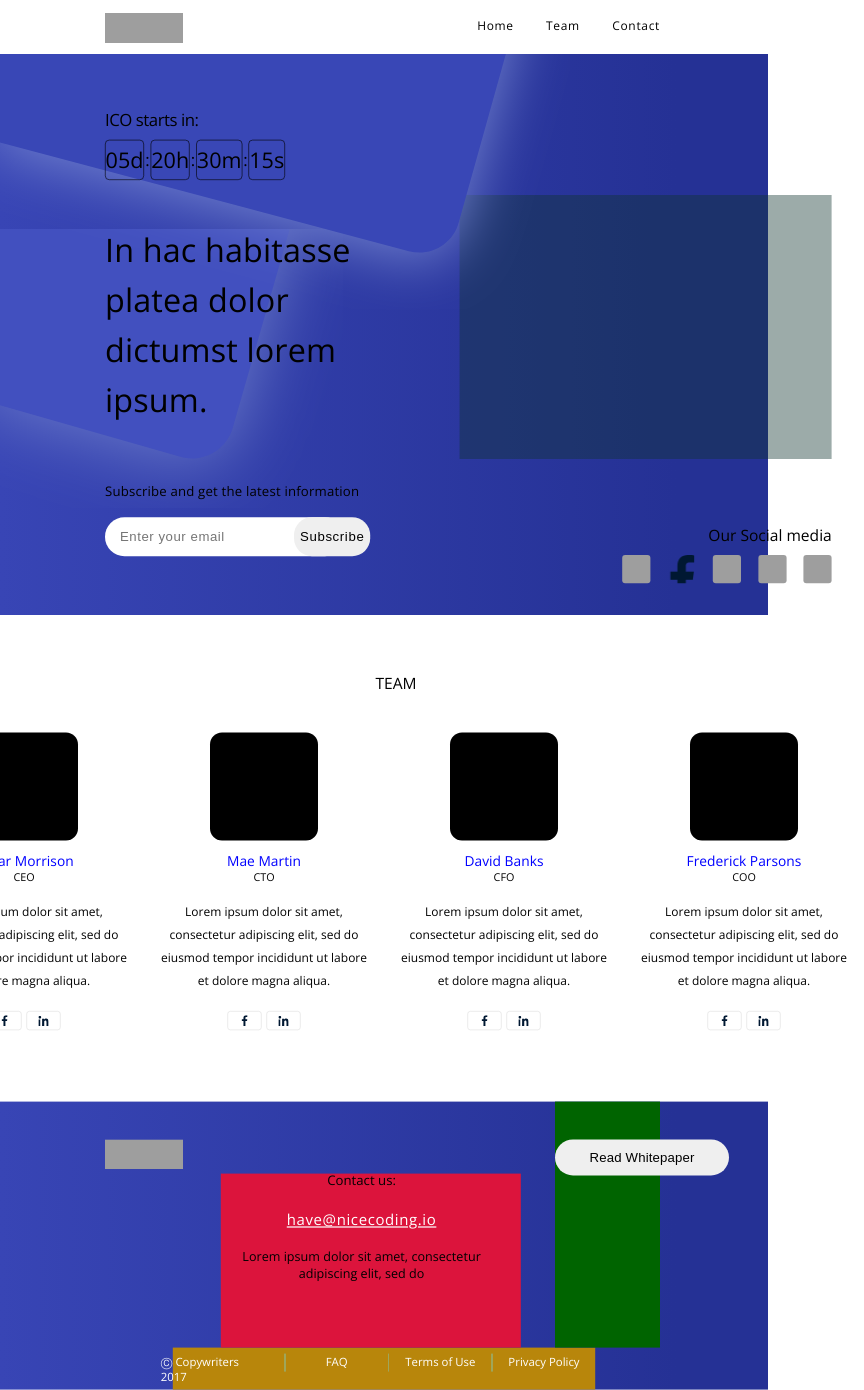
Repository: McGregorSt/newOne
Page: index.html
These files come from the project's save history. The page is drawn as it stood at one moment and after the next save; the edit follows.
The browser window is 1280 px wide. The page is 1440 px wide, so the pictures cover 1440 px, including what lies to the right of the window. The pictures show the whole page, at 60% of full size.
Pictures or frames that could not be fetched are drawn as grey boxes.

Above is the page before, as saved 2019-12-16 11:06:02.

After the next save:
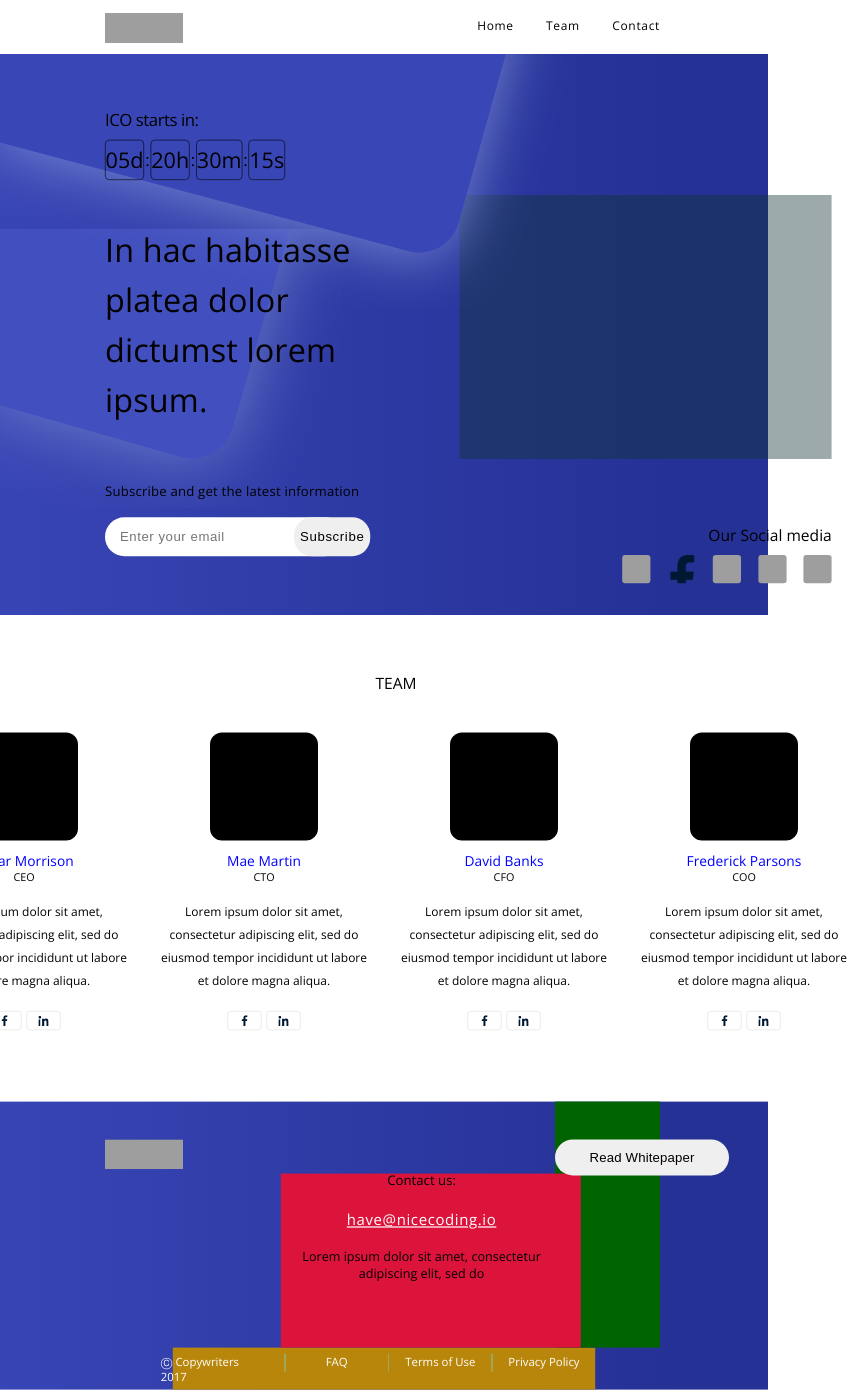
Saved 6 s later.
--- a/css/style.css
+++ b/css/style.css
@@ -371,7 +371,7 @@ section footer
   flex-direction: column;
   align-items: center;
   position: relative;
-  left: ;
+  left: 100px;
 }
 .footer__main__whitepaper {
   width: 19%;
